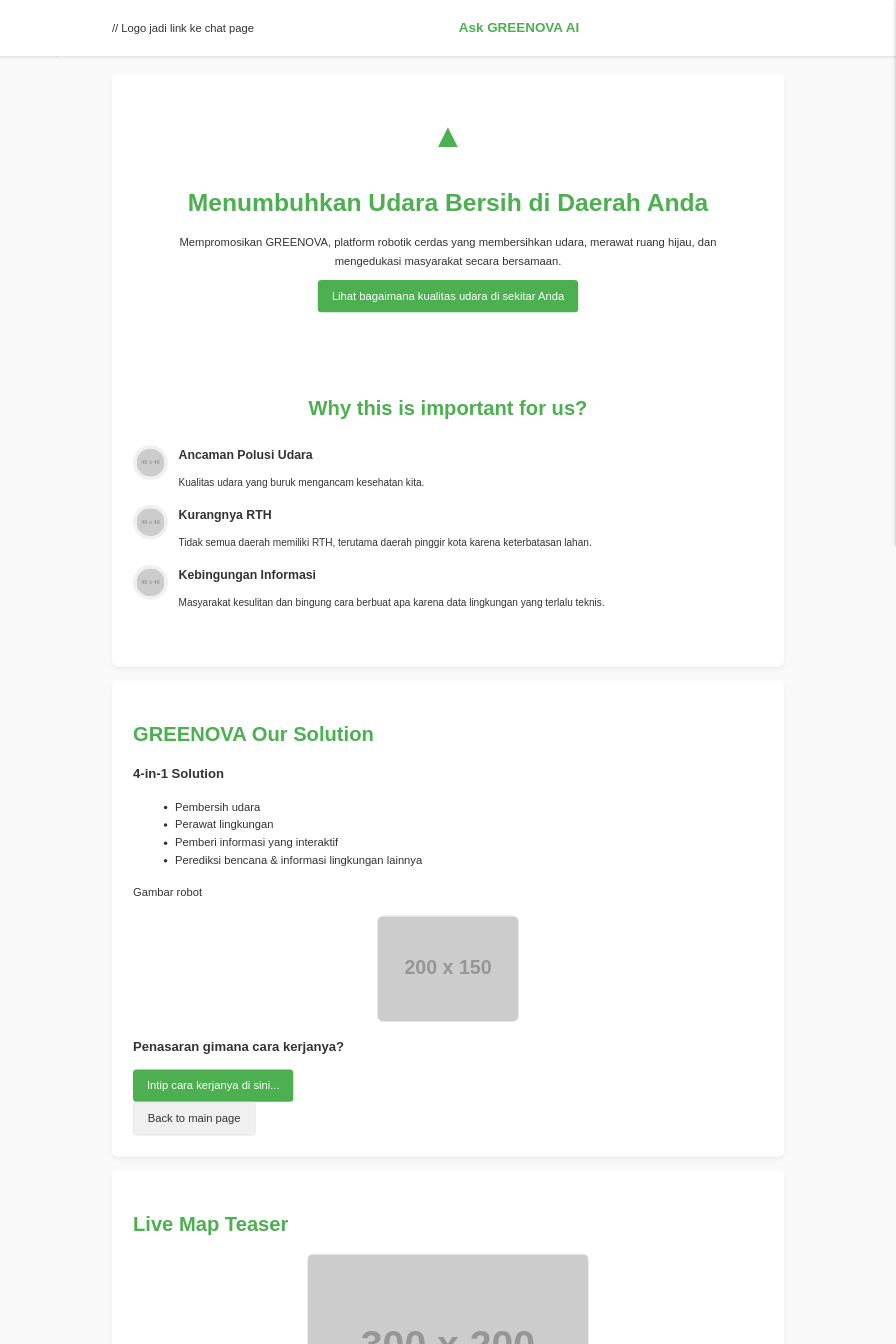
Repository: JojoGid34/Greenova-WEBSITE-SFT25-TETR
Page: index.html
An editor plug-in stored every save of this project. The page is shown before and after the next save, followed by the edit.
The browser window is 1280 px wide. The pictures show the part of the page from y = 0 to 1920 px (the page is 4793 px tall before and 4767 px after), at 70% of full size.

Above is the page before, as saved 2025-07-26 14:10:44.

After the next save:
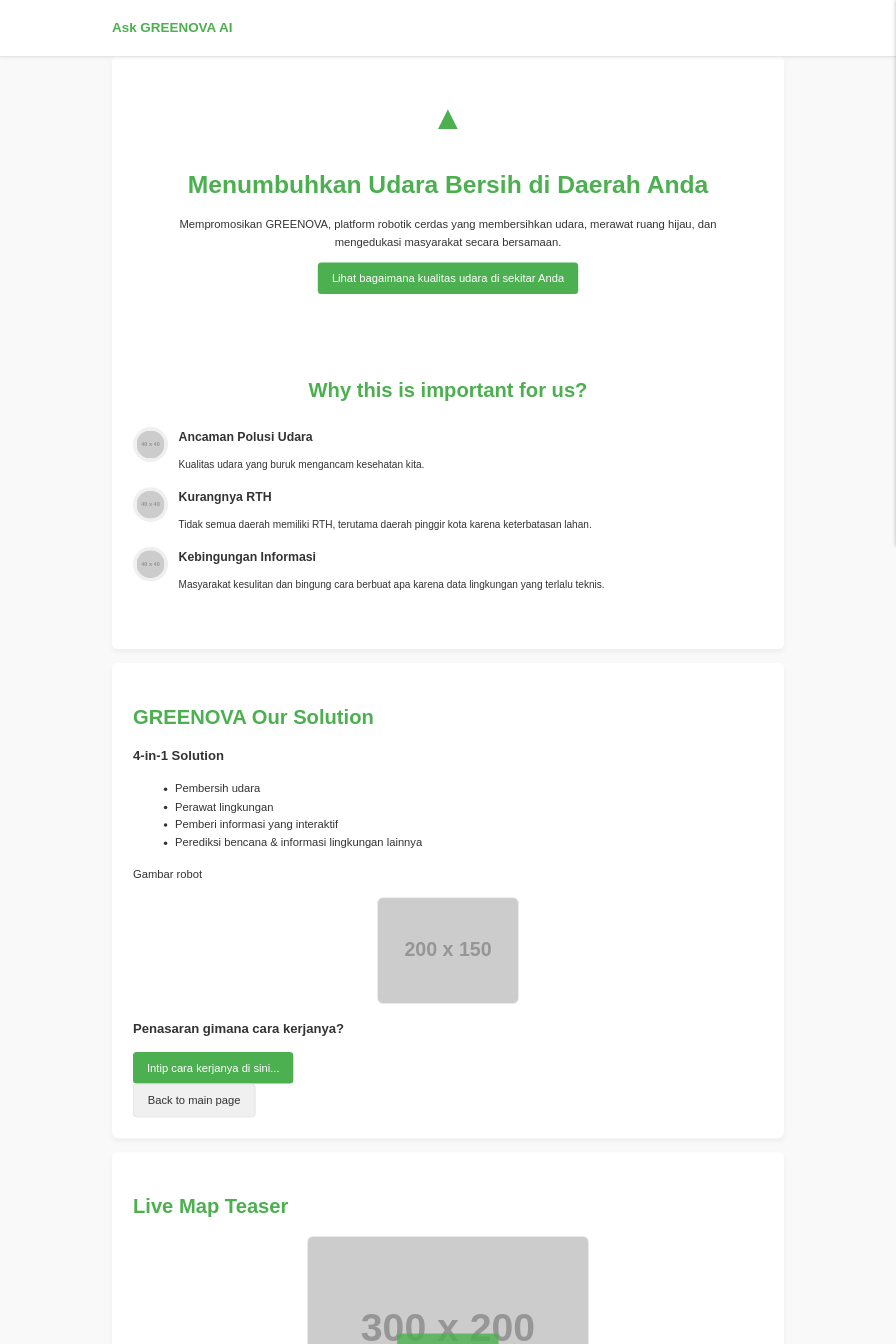
Saved 9 min 32 s later.
--- a/index.html
+++ b/index.html
@@ -9,10 +9,10 @@
 </head>
 
 <body>
-  // Header nya fixed di atas
+  <!-- Header nya fixed di atas -->
   <header class="navbar">
     <div class="container">
-      // Logo jadi link ke chat page
+      <!-- Logo jadi link ke chat page -->
       <a href="#chat-page" class="logo">Ask GREENOVA AI</a>
       <nav class="nav-menu">
         <button class="menu-toggle" aria-label="Toggle navigation">&#9776;</button>
